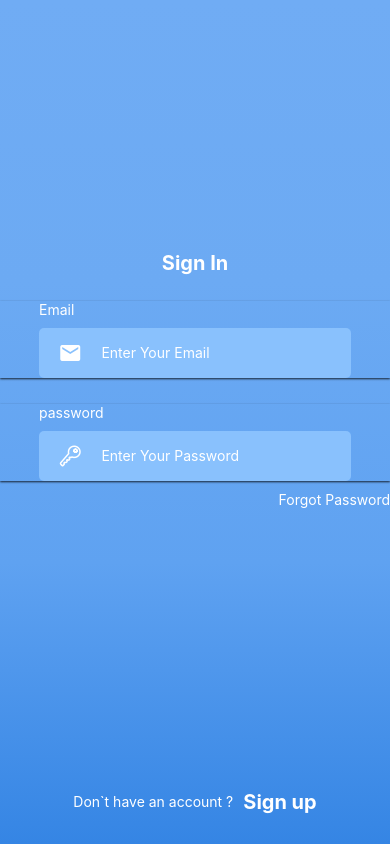
Repository: kamarajcalm/loginpage
Screen: /
The author's editor kept a copy of each file at every save. The screen is drawn from the files as they stood at one save, then again after the next save.
The app was drawn by React Native's web renderer in a window 390 px wide. The project was rebuilt for these pictures with package versions that can differ from the ones it lists, and the page was loaded fresh each time.

Above is the screen before, as saved 2021-12-26 00:16:13.

### App.js
import { StatusBar } from 'expo-status-bar';
import { StyleSheet, Text, View, TouchableOpacity, Dimensions, TextInput } from 'react-native';
import { LinearGradient } from 'expo-linear-gradient';
const { height, width } = Dimensions.get("window")
import { MaterialCommunityIcons, Ionicons } from '@expo/vector-icons';
import { useState } from 'react';
export default function App() {
  const [email, setEmail] = useState("")
  const [password, setPassword] = useState("")
  return (
    <LinearGradient style={styles.container}
      colors={["#70ACF4", '#6CAAF3', "#5FA2F1", "#3585E4",]}
    >

      <StatusBar style="auto" />

      <View style={styles.content}>
        <View style={[styles.center]}>
          <Text style={[styles.textwithBold]}>Sign In</Text>
        </View>

        <View style={[styles.textInputContainer, styles.boxWithShadow]}>
          <View>
            <Text style={styles.text}>Email</Text>
          </View>
          <View style={[styles.textBox]}>
            <View style={[styles.iconContainer]}>
              <MaterialCommunityIcons name="email" size={24} color="#fff" />
            </View>
            <TextInput
              value={email}
              onChangeText={val => setEmail(val)}
              keyboardType={"email-address"}
              style={[styles.textInput]}
              placeholder='Enter Your Email'
              placeholderTextColor={"#fff"}
              selectionColor={"#fff"}
            />


          </View>
        </View>

        <View style={[styles.textInputContainer, styles.boxWithShadow]}>
          <View>
            <Text style={styles.text}>password</Text>
          </View>
          <View style={[styles.textBox]}>
            <View style={[styles.iconContainer]}>
              <Ionicons name="key-outline" size={24} color="#fff" />
            </View>
            <TextInput
              secureTextEntry={true}
              value={password}
              onChangeText={val => setPassword(val)}
              style={[styles.textInput]}
              placeholder='Enter Your Password'
              placeholderTextColor={"#fff"}
              selectionColor={"#fff"}
            />


          </View>
        </View>

        <View style={{ marginTop: 10, alignSelf: "flex-end" }}>
          <TouchableOpacity>
            <Text style={[styles.text]}>Forgot Password</Text>
          </TouchableOpacity>
        </View>
      </View>
      <View style={styles.footer}>
        <View>
          <Text style={styles.text}>Don`t have an account ?</Text>
        </View>
        <TouchableOpacity style={{ marginLeft: 10 }}>
          <Text style={[styles.textwithBold]}>Sign up</Text>
        </TouchableOpacity>
      </View>
    </LinearGradient>
  );
}

const styles = StyleSheet.create({
  container: {
    flex: 1,

  },
  textInputContainer: {
    paddingHorizontal: width * 0.1,
    marginTop: height * 0.03
  },
  center: {
    alignItems: "center",
    justifyContent: "center"
  },
  content: {
    flex: 0.9,
    justifyContent: "center"
  },
  footer: {
    flex: 0.1,
    flexDirection: "row",
    alignItems: "center",
    justifyContent: "center"
  },
  textBox: {
    height: height * 0.06,
    width: width * 0.8,
    flexDirection: "row",
    backgroundColor: "#89C1FD",
    marginTop: 10,
    borderRadius: 5
  },
  text: {
    color: "#fff"
  },
  textwithBold: {
    color: "#fff",
    fontWeight: "bold",
    fontSize: 20
  },
  iconContainer: {
    flex: 0.2,
    alignItems: "center",
    justifyContent: "center"
  },
  textInput: {
    flex: 0.8,
    color: "#fff"
  },

  boxWithShadow: {
    shadowColor: '#000',
    shadowOffset: { width: 0, height: 1 },
    shadowOpacity: 0.8,
    shadowRadius: 2,
    elevation: 5
  }
});

After the next save:
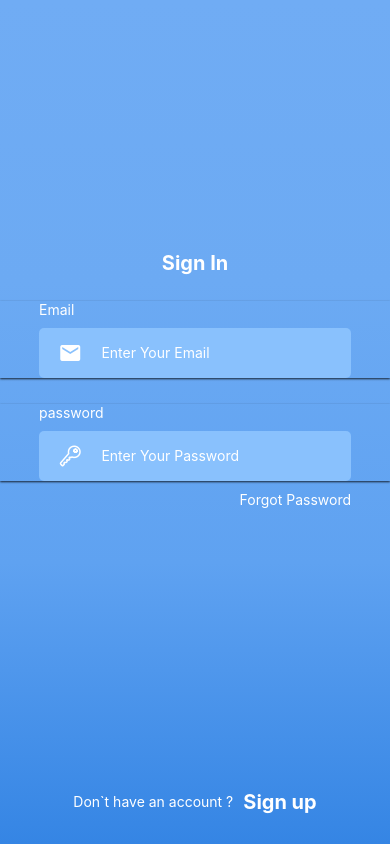
Saved 14 s later.
--- a/App.js
+++ b/App.js
@@ -63,7 +63,7 @@ export default function App() {
           </View>
         </View>
 
-        <View style={{ marginTop: 10, alignSelf: "flex-end" }}>
+        <View style={{ marginTop: 10, alignSelf: "flex-end", paddingHorizontal: width * 0.1 }}>
           <TouchableOpacity>
             <Text style={[styles.text]}>Forgot Password</Text>
           </TouchableOpacity>
